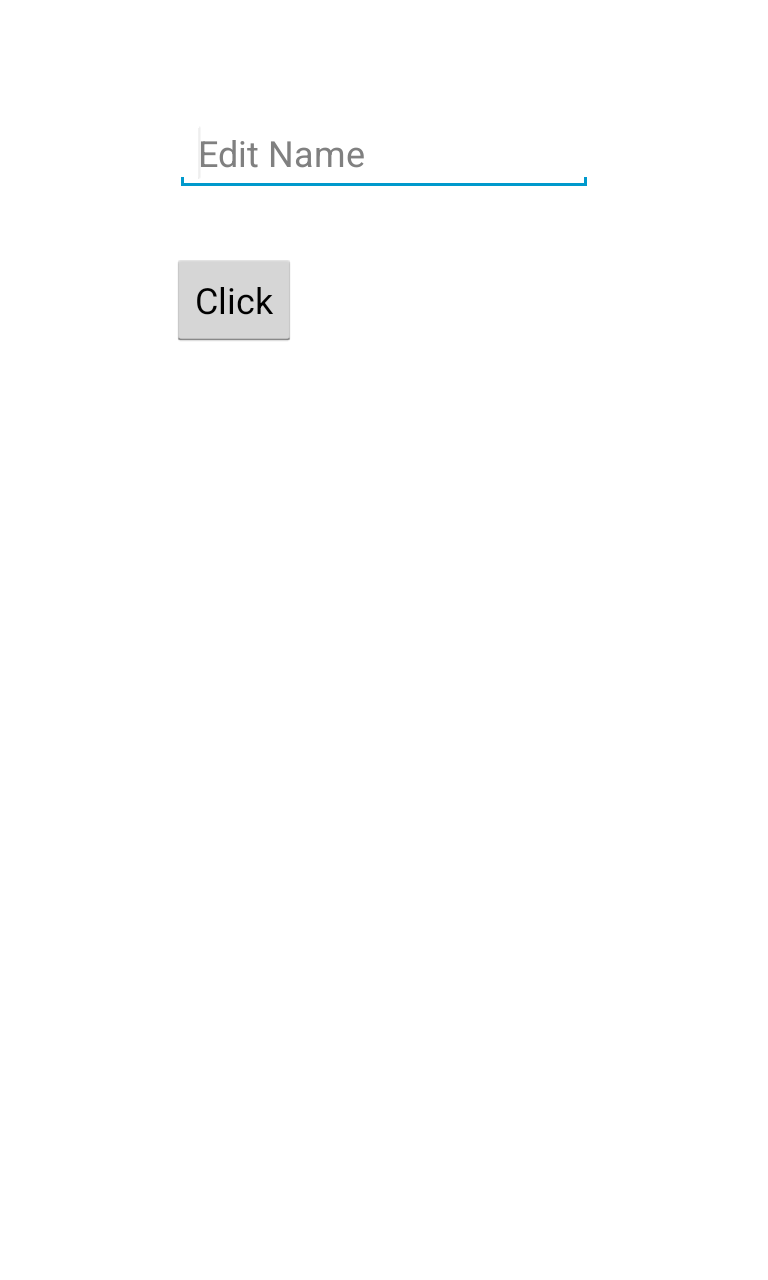
Repository: 12030121030/eventhandling
Layout: eventhandling/res/layout/activity_main.xml
These files come from the project's save history. The layout is drawn as it stood at one moment and after the next save; the edit follows.
It is drawn on a 768 x 1280 px phone screen (xhdpi) without system bars, with theme AppTheme; the app's code is not run.

Above is the layout before, as saved 2014-12-19 05:09:55.

After the next save:
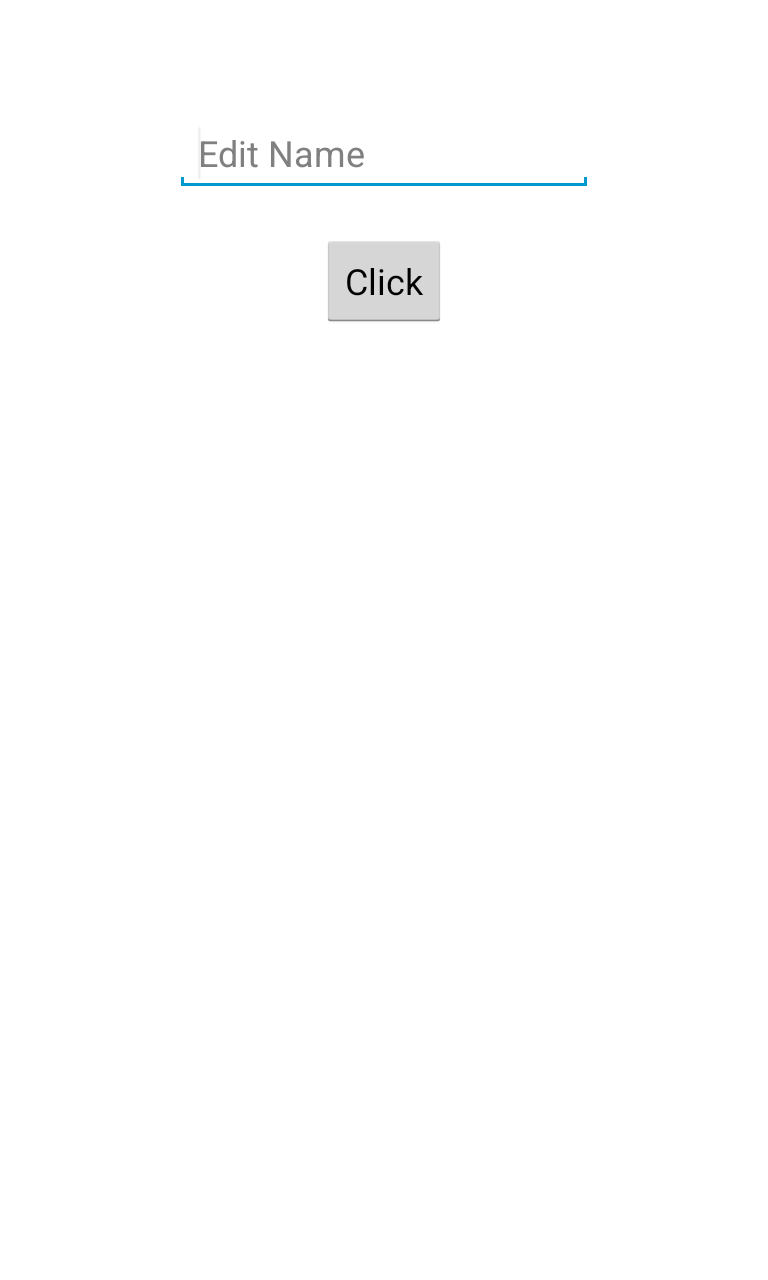
Saved 12 s later.
--- a/eventhandling/res/layout/activity_main.xml
+++ b/eventhandling/res/layout/activity_main.xml
@@ -9,16 +9,6 @@
     android:paddingRight="@dimen/activity_horizontal_margin"
     android:paddingTop="@dimen/activity_vertical_margin"
     tools:context=".MainActivity" >
-
-    <Button
-        android:id="@+id/btnClick"
-        android:layout_width="wrap_content"
-        android:layout_height="wrap_content"
-        android:layout_alignParentLeft="true"
-        android:layout_alignParentTop="true"
-        android:layout_marginLeft="69dp"
-        android:layout_marginTop="110dp"
-        android:text="Click" />
 
     <EditText
         android:id="@+id/editText1"
@@ -34,4 +24,13 @@
         <requestFocus />
     </EditText>
 
+    <Button
+        android:id="@+id/btnClick"
+        android:layout_width="wrap_content"
+        android:layout_height="wrap_content"
+        android:layout_below="@+id/editText1"
+        android:layout_centerHorizontal="true"
+        android:layout_marginTop="20dp"
+        android:text="Click" />
+
 </RelativeLayout>
